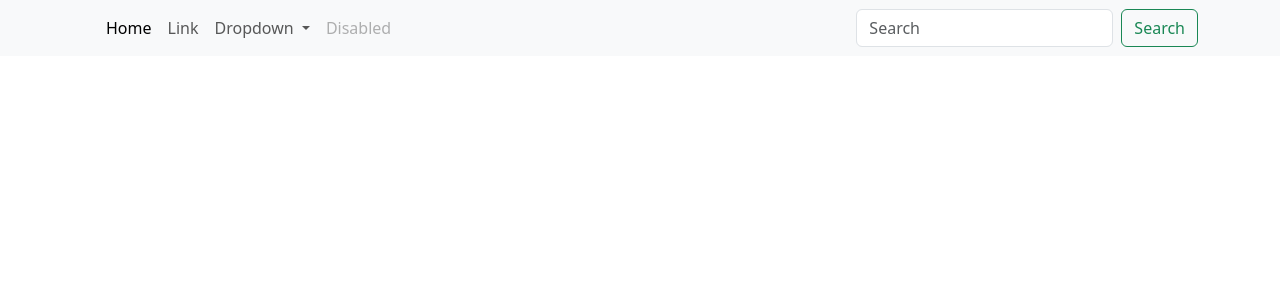
Repository: gitDominusoft/NewProject
Page: index.html
The author's editor kept a copy of each file at every save. The page is drawn from the files as they stood at one save, then again after the next save.
The browser window is 1280 px wide. The pictures show the whole page.

Above is the page before, as saved 2024-12-09 14:59:14.

After the next save:
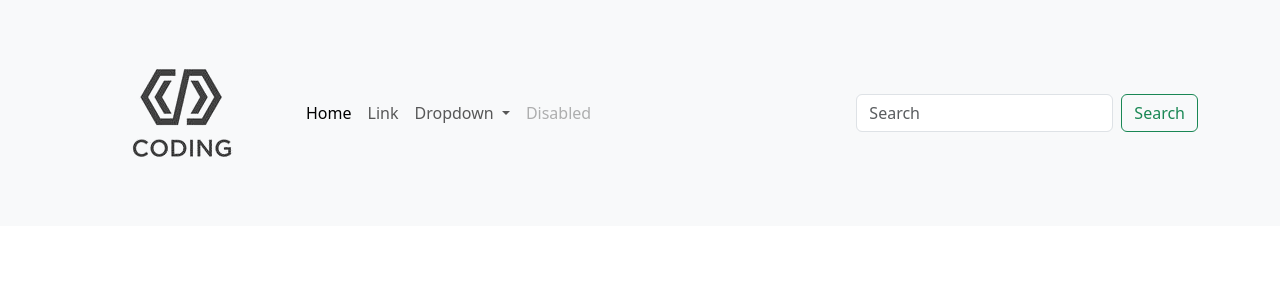
Saved 5 min 2 s later.
--- a/index.html
+++ b/index.html
@@ -16,7 +16,7 @@
     <!-- nis navbar -->
     <nav class="navbar navbar-expand-lg bg-body-tertiary">
         <div class="container">
-            <a class="navbar-brand" href="index.html"><img src="" alt=""></a>
+            <a class="navbar-brand" href="index.html"><img src="images/logo.png" alt=""></a>
             <button class="navbar-toggler" type="button" data-bs-toggle="collapse"
                 data-bs-target="#navbarSupportedContent" aria-controls="navbarSupportedContent" aria-expanded="false"
                 aria-label="Toggle navigation">
